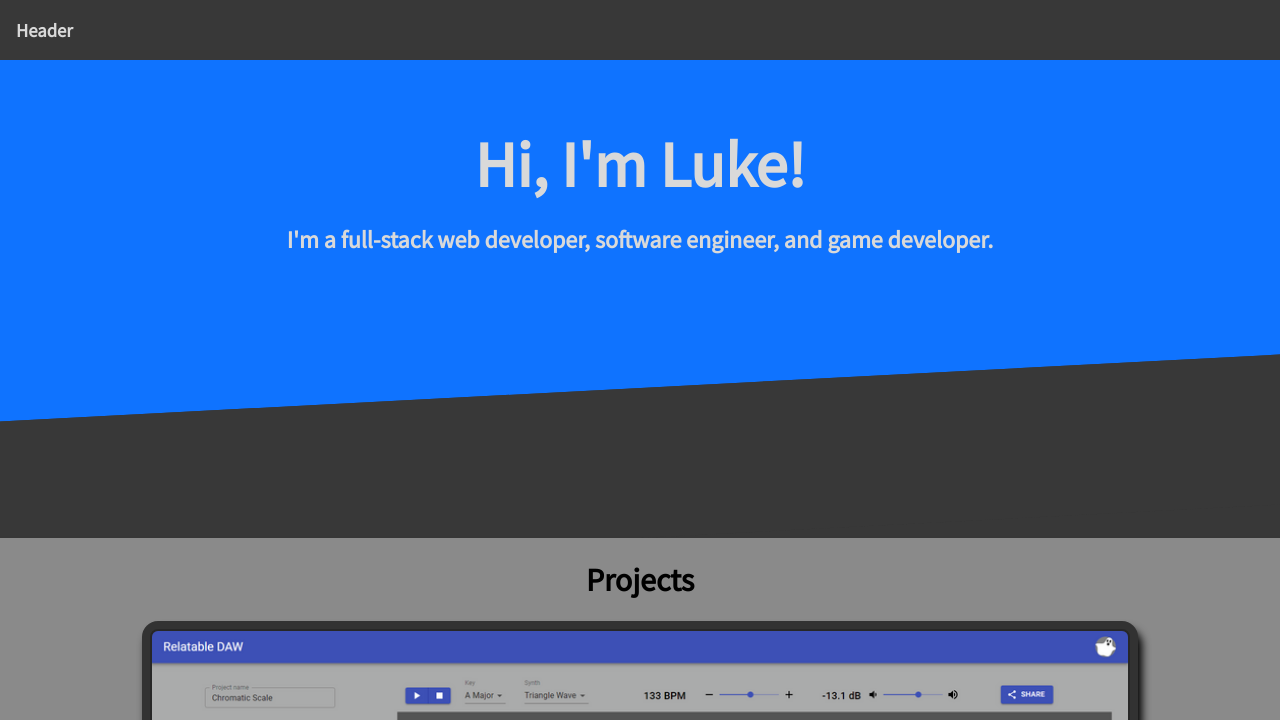
Repository: lbodwell/Personal-Website
Page: index.html
These files come from the project's save history. The page is drawn as it stood at one moment and after the next save; the edit follows.
The browser window is 1280 px wide. The pictures show the whole page.
An inner scrolling area shows only its first screen.

Above is the page before, as saved 2022-04-04 19:46:25.

After the next save:
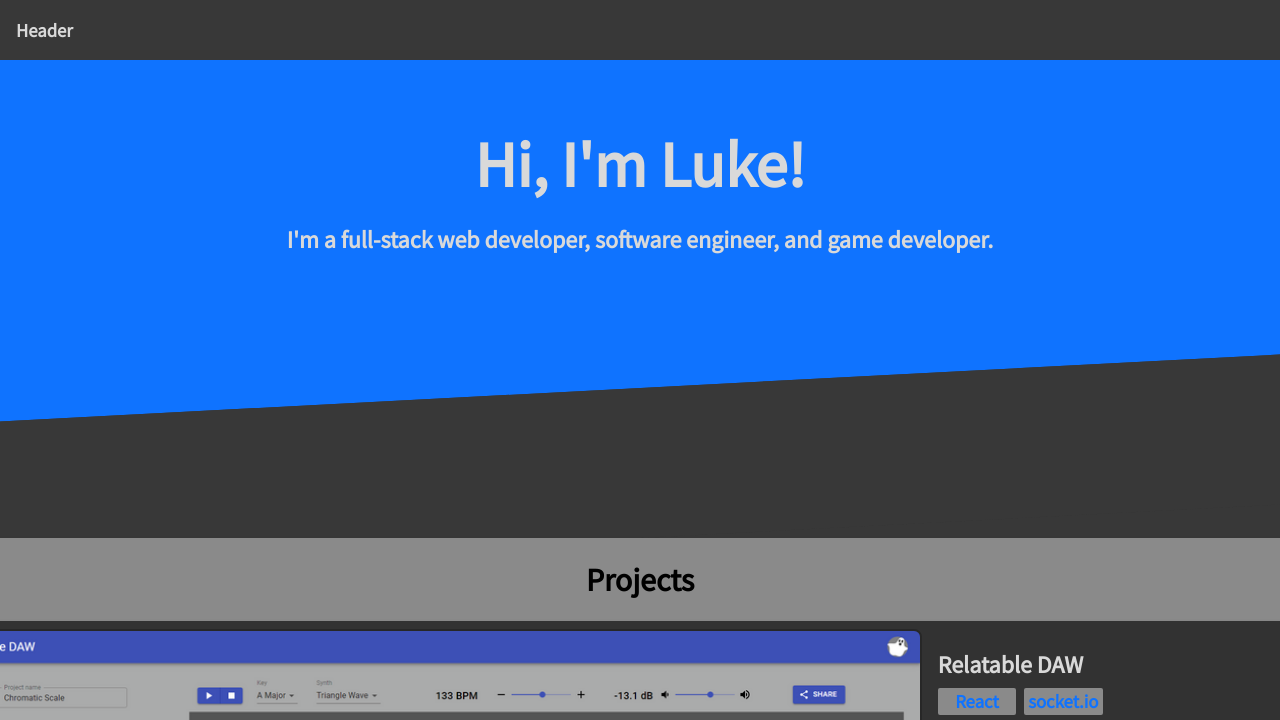
Saved 7 s later.
--- a/styles.css
+++ b/styles.css
@@ -68,6 +68,7 @@
 
 .project {
     display: grid;
+    grid-template-columns: 1fr 2fr;
     gap: 16px;
     width: auto;
     height: 400px;

After the save that followed:
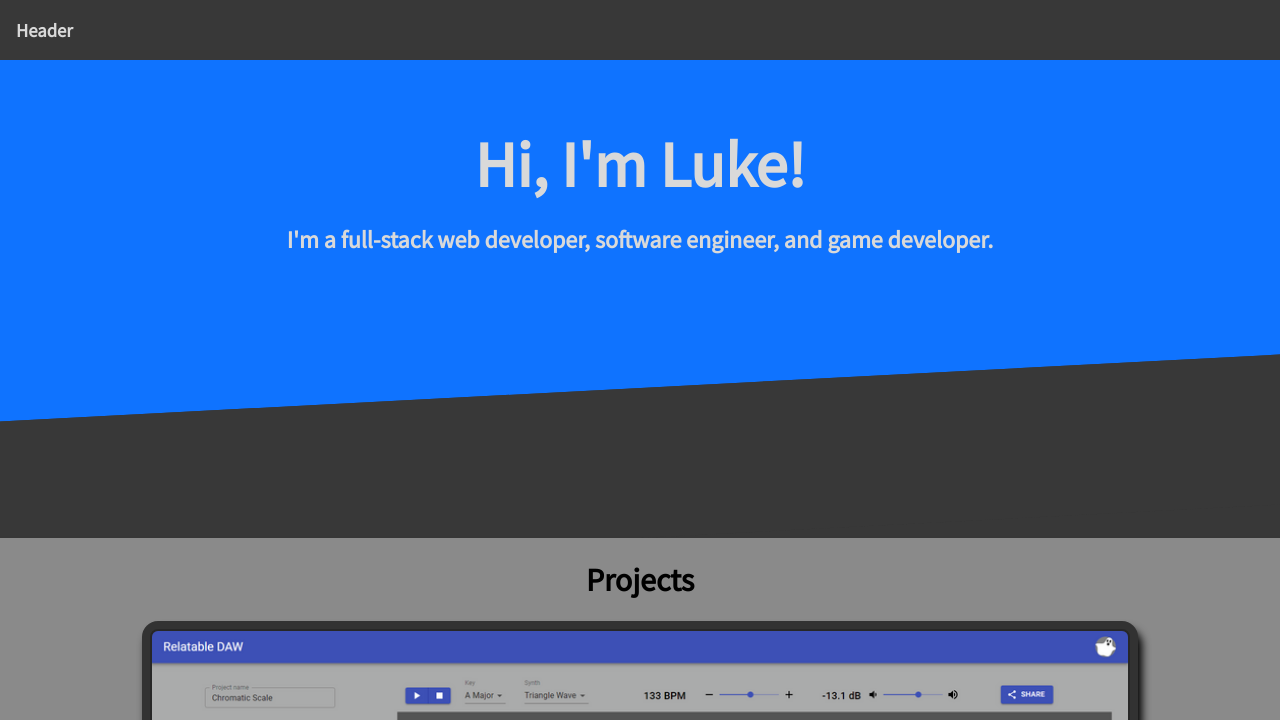
Saved 5 s later.
--- a/styles.css
+++ b/styles.css
@@ -68,7 +68,7 @@
 
 .project {
     display: grid;
-    grid-template-columns: 1fr 2fr;
+    grid-template-columns: 1fr;
     gap: 16px;
     width: auto;
     height: 400px;
